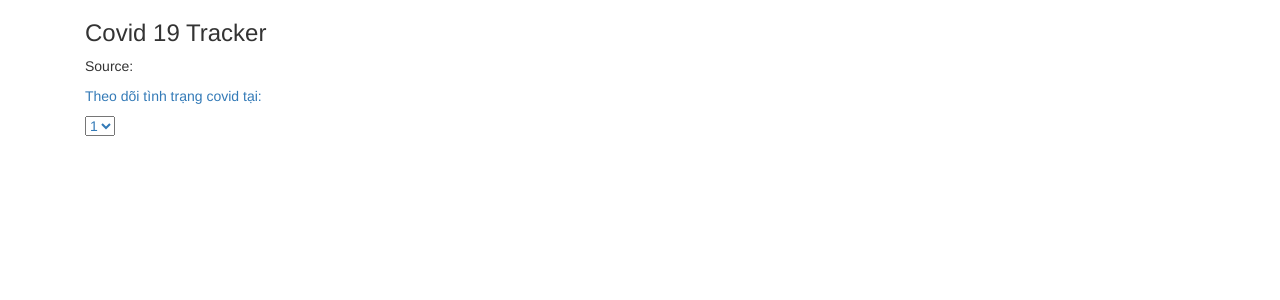
Repository: critdang/electro_store
Page: javascript_project/covid_tracker/index.html
The author's editor kept a copy of each file at every save. The page is drawn from the files as they stood at one save, then again after the next save.
The browser window is 1280 px wide. The pictures show the whole page.

Above is the page before, as saved 2021-09-22 23:50:37.
Console error (its wording comes from the project's code and is left out).

### javascript_project/covid_tracker/index.html
<!DOCTYPE html>
<html lang="en">
<head>
    <meta charset="UTF-8">
    <meta name="viewport" content="width=device-width, initial-scale=1.0">
    <title>Covid Tracker</title>
        <!-- Latest compiled and minified CSS -->
    <link rel="stylesheet" href="https://maxcdn.bootstrapcdn.com/bootstrap/3.3.7/css/bootstrap.min.css" integrity="sha384-BVYiiSIFeK1dGmJRAkycuHAHRg32OmUcww7on3RYdg4Va+PmSTsz/K68vbdEjh4u" crossorigin="anonymous">

    <!-- Optional theme -->
    <link rel="stylesheet" href="https://maxcdn.bootstrapcdn.com/bootstrap/3.3.7/css/bootstrap-theme.min.css" integrity="sha384-rHyoN1iRsVXV4nD0JutlnGaslCJuC7uwjduW9SVrLvRYooPp2bWYgmgJQIXwl/Sp" crossorigin="anonymous">


</head>
<body>
    <div class ="container">
        <div class="col-md-12">
        <h3>Covid 19 Tracker</h3>
        <p> Source: <a href=">https://github.com/ExpDev07/coronavirus-tracker-api"</a></p>

        <p>Theo dõi tình trạng covid tại: <div id:"title"></div></p>
        <select>
            <option>1</option>
        </select>
        </div>
    </div>
</body>
<!-- Latest compiled and minified JavaScript -->
<script src="https://maxcdn.bootstrapcdn.com/bootstrap/3.3.7/js/bootstrap.min.js" integrity="sha384-Tc5IQib027qvyjSMfHjOMaLkfuWVxZxUPnCJA7l2mCWNIpG9mGCD8wGNIcPD7Txa" crossorigin="anonymous"></script>
<script type="text/javascript" src="app.js"></script>
<!--  phải để dưới body vì chạy cấu trúc DOM trước -->
</html>

Loaded but not shown: javascript_project/covid_tracker/app.js (common file)

After the next save:
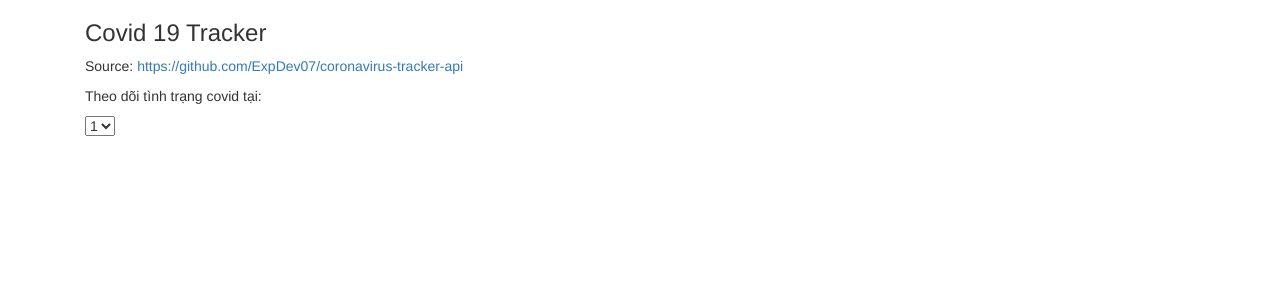
Saved 46 s later.
--- a/javascript_project/covid_tracker/index.html
+++ b/javascript_project/covid_tracker/index.html
@@ -16,7 +16,7 @@
     <div class ="container">
         <div class="col-md-12">
         <h3>Covid 19 Tracker</h3>
-        <p> Source: <a href=">https://github.com/ExpDev07/coronavirus-tracker-api"</a></p>
+        <p> Source: <a href="">https://github.com/ExpDev07/coronavirus-tracker-api</a></p>
 
         <p>Theo dõi tình trạng covid tại: <div id:"title"></div></p>
         <select>
